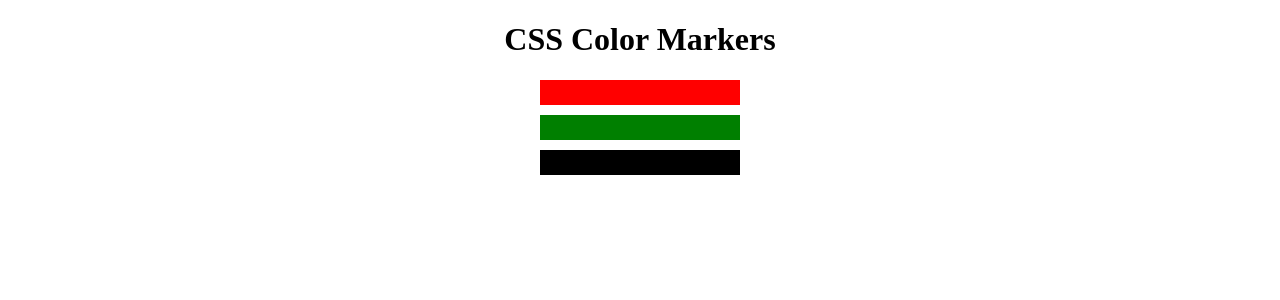
Repository: AimenDje/ColoredMarkers
Page: index.html
An editor plug-in stored every save of this project. The page is shown before and after the next save, followed by the edit.
The browser window is 1280 px wide. The pictures show the whole page.

Above is the page before, as saved 2025-05-08 16:38:38.

### index.html
<!DOCTYPE html>
<html lang="en">
    <head>
        <meta charset="utf-8">
        <meta name="viewport" content="width=device-width, initial-scale=1.0">
        <link rel="stylesheet" href="styles.css">
        <title>Colored Markers</title>
    </head>
    <body>
        <h1>CSS Color Markers</h1>
        <div class="container">
            <div class="marker red">
            </div>
            <div class="marker green">
            </div>
            <div class="marker blue">
            </div>
        </div>
      </body>
</html>

### styles.css
h1 {
    text-align:center;
}

.marker {
    width: 200px;
    height: 25px;
    margin: 10px auto;
  }

.red {
    background-color: rgb(255, 0, 0);
}

.green {
    background-color: #007F00;
}

.blue {
    background-color: rgb(0, 0, 0);
}

After the next save:
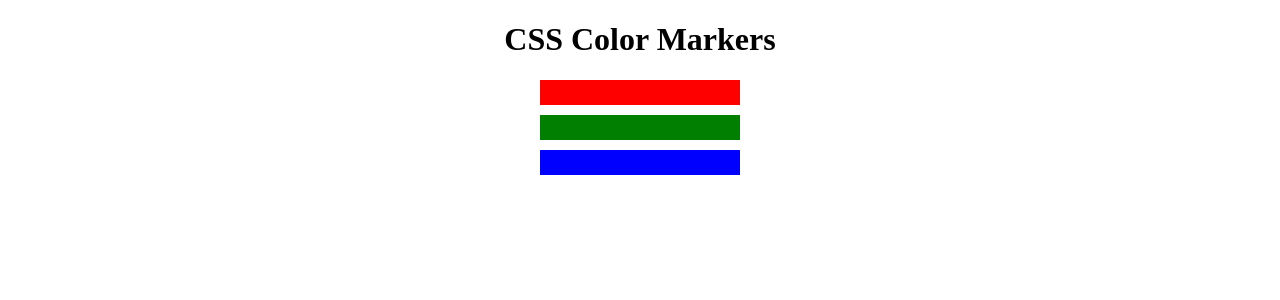
Saved 8 h 38 min later.
--- a/styles.css
+++ b/styles.css
@@ -17,5 +17,5 @@
 }
 
 .blue {
-    background-color: rgb(0, 0, 0);
+    background-color: hsl(240, 100%, 50%);
 }
